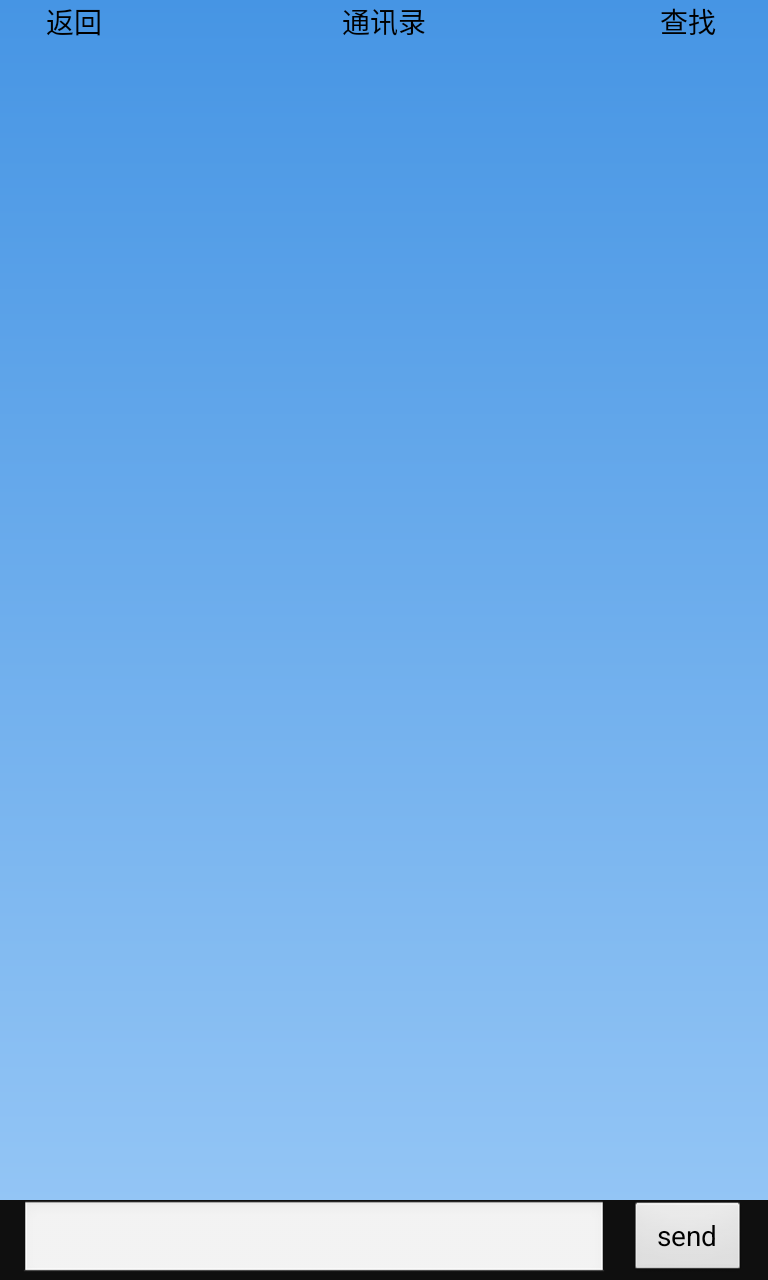
Repository: yjhcjykwbk-jlsec/experiment
Layout: client/CampusClient/res/layout/activity_chat.xml
The author's editor kept a copy of each file at every save. The layout is drawn from the files as they stood at one save, then again after the next save.
It is drawn on a 768 x 1280 px phone screen (xhdpi) without system bars, with theme android:Theme; the app's code is not run. Lists and similar views that code fills are empty.

Above is the layout before, as saved 2014-03-19 11:11:38.

After the next save:
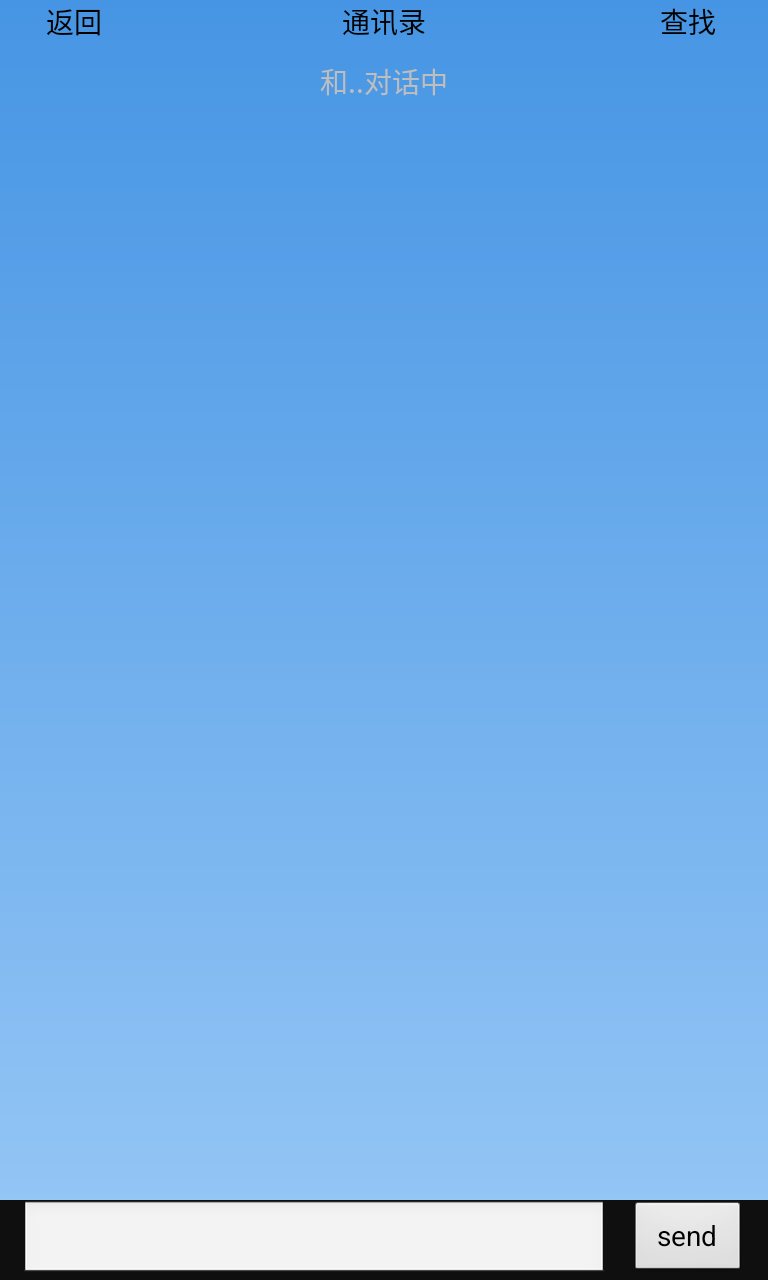
Saved 35 s later.
--- a/client/CampusClient/res/layout/activity_chat.xml
+++ b/client/CampusClient/res/layout/activity_chat.xml
@@ -149,10 +149,9 @@
 	    android:layout_width="fill_parent"
 	    android:layout_height="fill_parent"
 	    android:layout_above="@+id/rl_bottom"
-	    android:layout_below="@id/rl_layout"
+	    android:layout_below="@+id/ChatTitleLabel"
 	    android:layout_marginLeft="10.0dip"
 	    android:layout_marginRight="10.0dip"
-	    android:layout_marginTop="10.0dip"
 	    android:cacheColorHint="#00000000"
 	    android:divider="@null"
 	    android:dividerHeight="5dp"
@@ -186,4 +185,12 @@
             android:textSize="18sp" />
     </RelativeLayout>
 
+    <TextView
+        android:id="@+id/ChatTitleLabel"
+        android:layout_width="wrap_content"
+        android:layout_height="wrap_content"
+        android:layout_below="@+id/rl_layout"
+        android:layout_centerHorizontal="true"
+        android:text="和..对话中" />
+
 </RelativeLayout>
